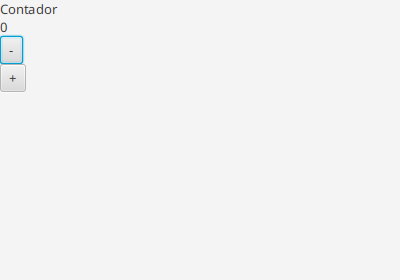
Repository: AlanVidalll/Curso-Java-Completo
Program's window: java exercicios-javafx/src/basico/Contador.java
The author's editor kept a copy of each file at every save. The program's window is drawn from the files as they stood at one save, then again after the next save.
It runs on Java 21 on a 1366 x 768 screen with JavaFX 11; the title bar is not drawn.

Above is the program's window before, as saved 2020-04-09 14:24:52.

After the next save:
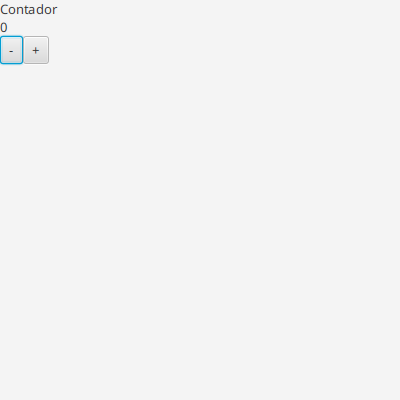
Saved 2 min 47 s later.
--- a/exercicios-javafx/src/basico/Contador.java
+++ b/exercicios-javafx/src/basico/Contador.java
@@ -4,6 +4,7 @@
 import javafx.scene.Scene;
 import javafx.scene.control.Button;
 import javafx.scene.control.Label;
+import javafx.scene.layout.HBox;
 import javafx.scene.layout.VBox;
 import javafx.stage.Stage;
 
@@ -18,13 +19,19 @@
 		Button botaoDescremento = new Button("-");
 		Button botaoIncremento = new Button("+");
 
+		HBox boxBotoes = new HBox();
+		boxBotoes.getChildren().add(botaoDescremento);
+		boxBotoes.getChildren().add(botaoIncremento);
+
+
+
 		VBox boxPrincipal = new VBox();
 		boxPrincipal.getChildren().add(labelTitulo);
 		boxPrincipal.getChildren().add(labelNumero);
-		boxPrincipal.getChildren().add(botaoDescremento);
-		boxPrincipal.getChildren().add(botaoIncremento);
+		boxPrincipal.getChildren().add(boxBotoes);
 
-		Scene cenaPrincipal = new Scene(boxPrincipal,200,280);
+
+		Scene cenaPrincipal = new Scene(boxPrincipal,400,400);
 
 		primaryStage.setScene(cenaPrincipal);
 		primaryStage.show();
